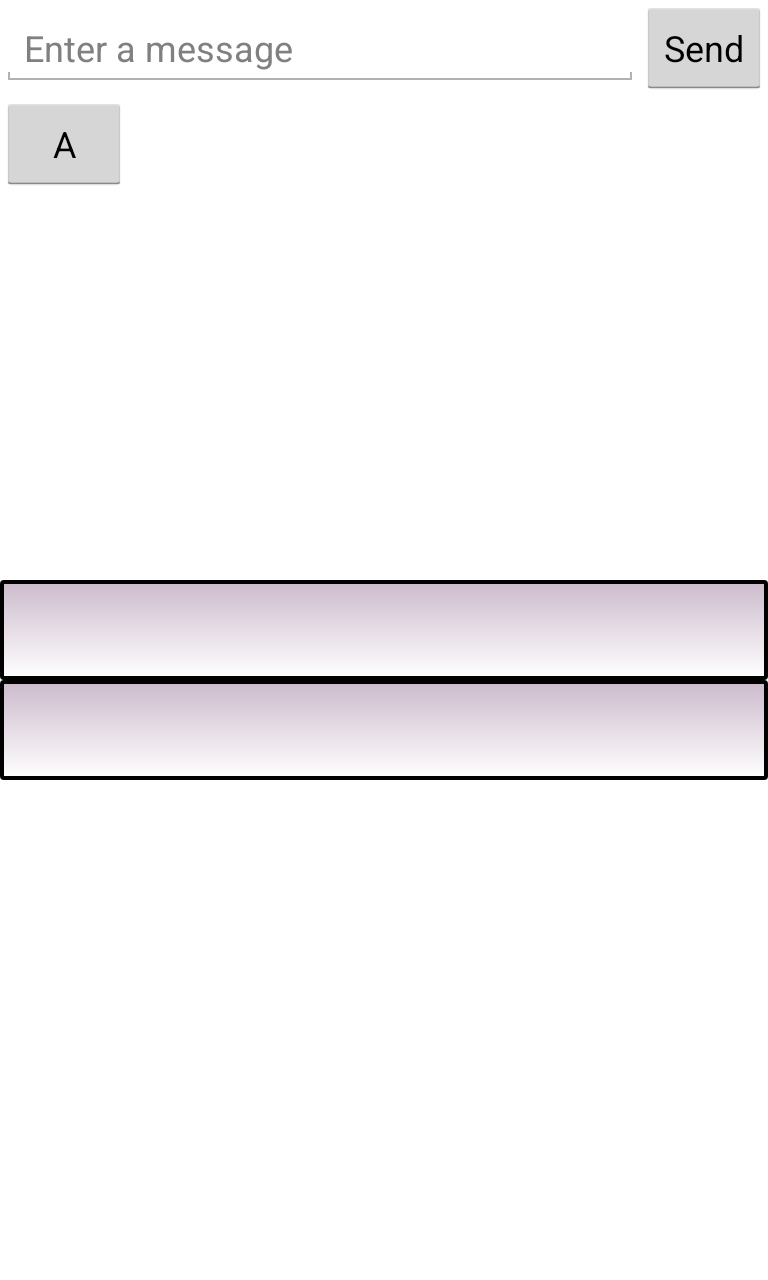
Repository: Jwonsever/AndroidPiano
Layout: HelloWorld/res/layout/activity_main.xml
These files come from the project's save history. The layout is drawn as it stood at one moment and after the next save; the edit follows.
It is drawn on a 768 x 1280 px phone screen (xhdpi) without system bars, with theme AppTheme; the app's code is not run.

Above is the layout before, as saved 2013-11-08 04:02:06.

After the next save:
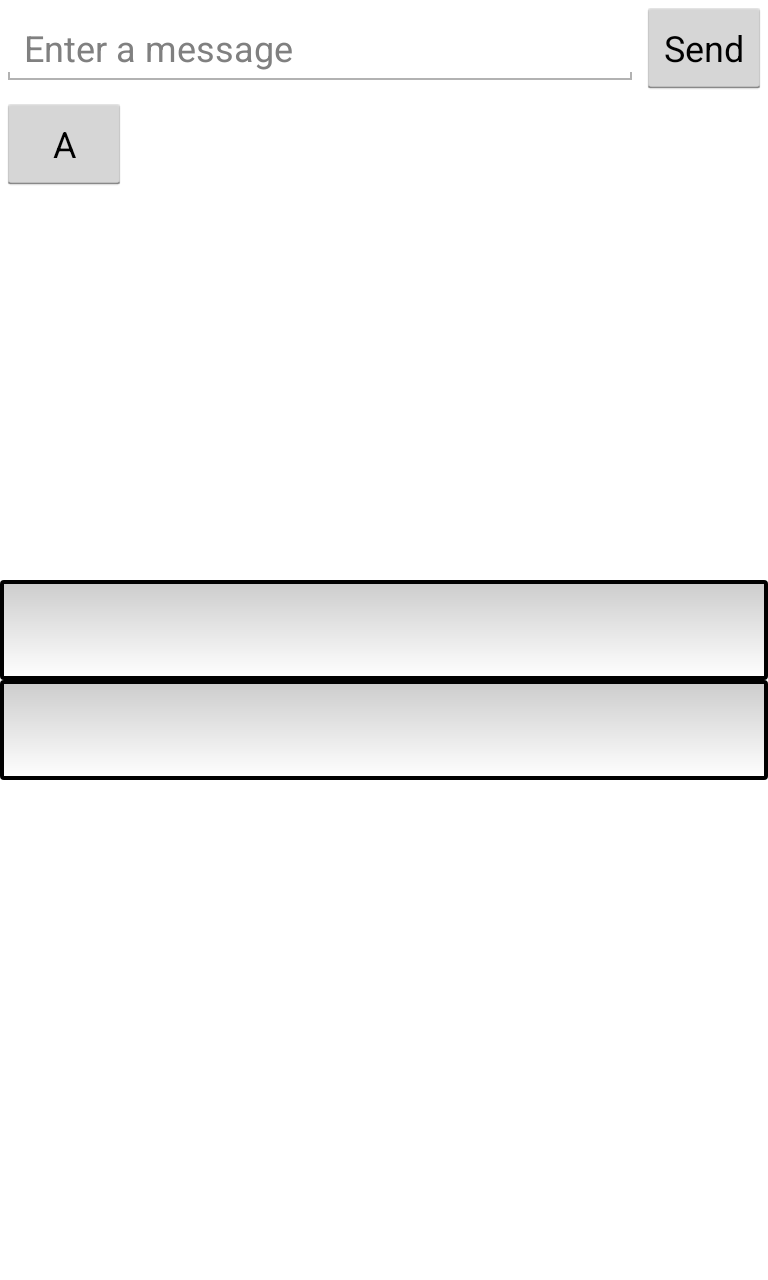
Saved 27 s later.
--- a/HelloWorld/res/drawable/piano_key.xml
+++ b/HelloWorld/res/drawable/piano_key.xml
@@ -4,7 +4,7 @@
     <gradient
         android:angle="215"
         android:endColor="#FFFFFF"
-        android:startColor="#CCBBCC" />
+        android:startColor="#CCCCCC" />
 
     <corners
         android:bottomLeftRadius="1dp"

After the save that followed:
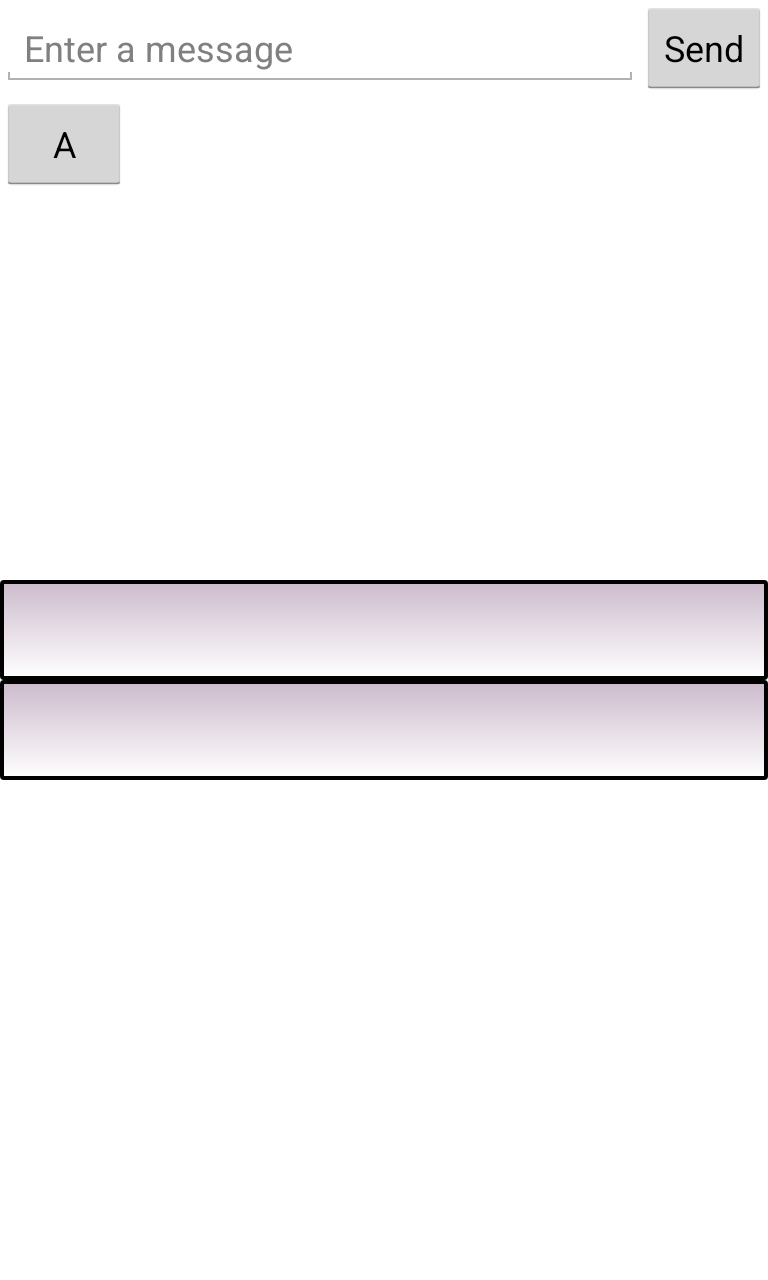
Saved 16 s later.
--- a/HelloWorld/res/drawable/piano_key.xml
+++ b/HelloWorld/res/drawable/piano_key.xml
@@ -4,7 +4,7 @@
     <gradient
         android:angle="215"
         android:endColor="#FFFFFF"
-        android:startColor="#CCCCCC" />
+        android:startColor="#CCBBCC" />
 
     <corners
         android:bottomLeftRadius="1dp"
